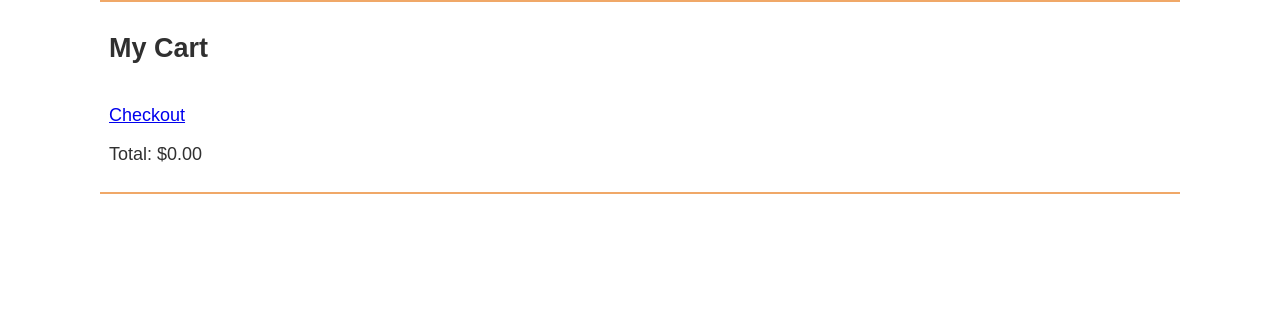
Repository: yllenfer/week02
Page: src/cart/index.html
The author's editor kept a copy of each file at every save. The page is drawn from the files as they stood at one save, then again after a run of saves.
The browser window is 1280 px wide. The pictures show the whole page.

Above is the page before, as saved 2023-11-06 19:57:41.
Console error: SyntaxError: Identifier 'loadHeaderFooter' has already been declared

After the next 2 saves:
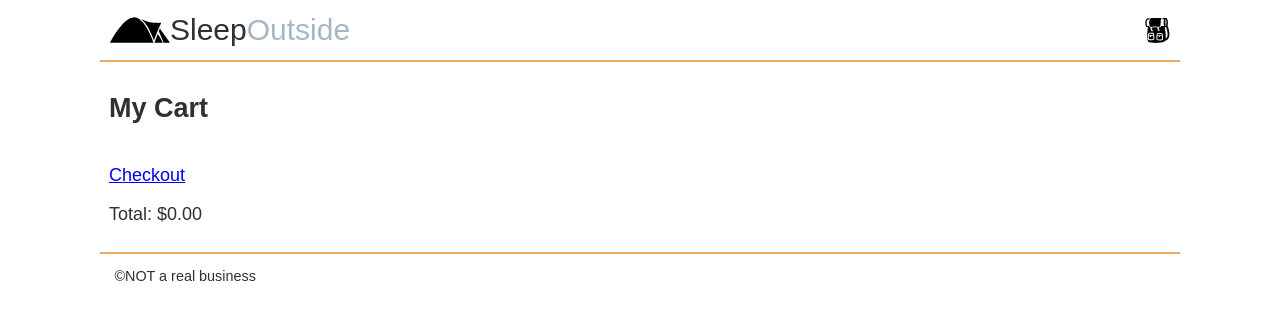
Console error: TypeError: Cannot read properties of null (reading 'map')
The 2 saves are shown as one change because they came seconds apart.
The last was saved 9 s later.
--- a/src/js/cart.js
+++ b/src/js/cart.js
@@ -1,7 +1,7 @@
 import { getLocalStorage } from "./utils.mjs";
 import { loadHeaderFooter } from "./utils.mjs";
 import shoppingCart from "./shoppingCart.mjs";
-import
+import { setLocalStorage } from "./utils.mjs";
 
 loadHeaderFooter();
 shoppingCart();
